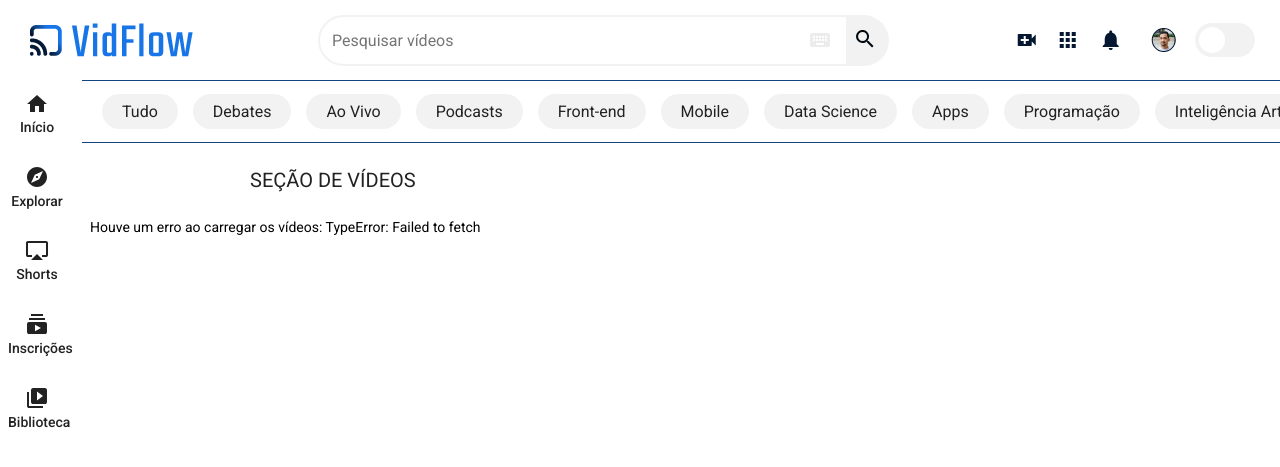
Repository: joaoPraiaJunior/curso-consumindo-api
Page: index.html
These files come from the project's save history. The page is drawn as it stood at one moment and after the next save; the edit follows.
The browser window is 1280 px wide. The pictures show the whole page.
The page's requests for data from a server got no answer.

Above is the page before, as saved 2024-08-16 21:47:25.

### index.html
<!DOCTYPE html>
<html lang="pt-br" dir="ltr">
<head>
    <meta charset="UTF-8">
    <meta name="viewport" content="width=device-width, initial-scale=1.0">
    <link href="https://fonts.googleapis.com/css2?family=Roboto:wght@400;500;700&display=swap" rel="stylesheet">
    <link rel="stylesheet" href="./css/reset.css">
    <link rel="stylesheet" href="./css/estilos.css">
    <link rel="stylesheet" href="./css/flexbox.css">
    <title>VidFlow</title>
    <link rel="shortcut icon" href="./img/Favicon.png" type="image/x-icon">
</head>
<body>
    <header>
        <nav class="cabecalho__container">
            <div class="logo__item">
                <a href="/"><img src="./img/modo_claro/vidflow-logo-light-mode.png" alt="Página do VidFlow"></a>
            </div>
            <div class="cabecalho__pesquisar__item">
                <form class="form__pesquisa">
                    <input type="search" name="pesquisar" class="pesquisar__input" placeholder="Pesquisar vídeos" data-js="barra-de-pesquisa">
                    <img src="./img/modo_claro/menu_superior/keyboard.svg" alt="Ícone de teclado" class="pesquisar__input-teclado">
                    <button class="pesquisar__btn">
                        <img src="./img/modo_claro/menu_superior/search.svg" alt="Ícone de lupa">
                    </button>
                </form>
            </div>
            <div class="secao-links-e-botao-switch">
                <ul aria-label="Links do cabeçalho" class="cabecalho__links">
                    <li><a href="#" class="cabecalho__videos" aria-label="Criar vídeos" title="Criar vídeos"></a></li>
                    <li><a href="#" class="cabecalho__apps" aria-label="Aplicativos"></a></li>
                    <li><a href="#" class="cabecalho__notificacoes" aria-label="Notificações"></a></li>
                    <li><a href="#" class="cabecalho__avatar" aria-label="Perfil de usuário"></a></li>
                </ul>

                <label class="cabecalho__switch">
                    <input type="checkbox" class="cabecalho__switch-input" data-js="modo-escuro" aria-label="Modo claro">
                    <span class="cabecalho__switch-slider"></span>
                </label>
            </div>
        </nav>
    </header>
    <!-- Menu lateral -->

    <div class="menu__container-wrapper">
        <aside class="menu__container">
            <section class="menu__secao" aria-label="Links principais">
                <ul class="menu__lista menu__links-principais">
                    <li>
                        <a class="menu__itens" href="#">
                            <i class="icone__inicio"></i>
                            <span>Início</span>
                        </a>
                    </li>

                    <li>
                        <a class="menu__itens" href="#">
                            <i class="icone__explorar"></i>
                            <span>Explorar</span>
                        </a>
                    </li>

                    <li>
                        <a class="menu__itens" href="#">
                            <i class="icone__shorts"></i>
                            <span>Shorts</span>
                        </a>
                    </li>

                    <li>
                        <a class="menu__itens" href="#">
                            <i class="icone__inscricoes"></i>
                            <span>Inscrições</span>
                        </a>
                    </li>

                    <li>
                        <a class="menu__itens" href="#">
                            <i class="icone__biblioteca"></i>
                            <span>Biblioteca</span>
                        </a>
                    </li>
                </ul>
            </section>

            <section class="menu__secao" aria-label="Links para vídeos guardados na conta">
                <ul class="menu__lista">
                    <li>
                        <a class="menu__itens" href="#">
                            <i class="icone__historico"></i>
                            <span>Histórico</span>
                        </a>
                    </li>

                    <li>
                        <a class="menu__itens" href="#">
                            <i class="icone__relogio"></i>
                            <span>Assistir mais tarde</span>
                        </a>
                    </li>

                    <li>
                        <a class="menu__itens" href="#">
                            <i class="icone__like"></i>
                            <span>Marcados com like</span>
                        </a>
                    </li>
                </ul>
            </section>

            <section class="menu__secao" aria-labelledby="inscricoes" data-js="secao-menu">
                <h2 id="inscricoes" class="menu__secao-titulo">Inscrições</h2>

                <ul id="menu__canais" class="menu__lista">
                    <li class="menu__canal">
                        <a class="menu__itens" href="#">
                            <i class="icone__alura"></i>
                            <span>Alura</span>
                        </a>
                    </li>

                    <li class="menu__canal">
                        <a class="menu__itens" href="#">
                            <i class="icone__gaveta"></i>
                            <span>Gaveta</span>
                        </a>
                    </li>

                    <li class="menu__canal">
                        <a class="menu__itens" href="#">
                            <i class="icone__ballerini"></i>
                            <span>Rafaella Ballerini</span>
                        </a>
                    </li>

                    <li class="menu__canal">
                        <a class="menu__itens" href="#">
                            <i class="icone__iamarino"></i>
                            <span>Atila Iamarino</span>
                        </a>
                    </li>

                    <li class="menu__canal">
                        <a class="menu__itens" href="#">
                            <i class="icone__souto"></i>
                            <span>Mario Souto</span>
                        </a>
                    </li>

                    <li class="menu__canal">
                        <a class="menu__itens" href="#">
                            <i class="icone__nerd"></i>
                            <span>Jovem Nerd</span>
                        </a>
                    </li>

                    <li class="menu__canal">
                        <a class="menu__itens" href="#">
                            <i class="icone__deschamps"></i>
                            <span>Felipe Deschamps</span>
                        </a>
                    </li>
                </ul>
            </section>

            <section class="menu__secao" aria-labelledby="mais-da-pagina" data-js="secao-menu">
                <h2 id="mais-da-pagina" class="menu__secao-titulo">
                    Mais da página
                </h2>

                <ul id="mais__paginas" class="menu__lista">
                    <li class="premium">
                        <a class="menu__itens" href="#">
                            <i class="icone__videos"></i>
                            <span>Vídeo Premium</span></a>
                    </li>

                    <li class="filmes">
                        <a class="menu__itens" href="#">
                            <i class="icone__filmes"></i>
                            <span>Filmes</span></a>
                    </li>

                    <li class="jogos">
                        <a class="menu__itens" href="#">
                            <i class="icone__jogos"></i>
                            <span>Jogos</span></a>
                    </li>

                </ul>
            </section>
        </aside>
    </div>
    <main>
        <div class="superior__secao__container">
            <button name="Tudo" class="botao-categoria selecionado" data-js="botao-categoria">
                Tudo
            </button>

            <button name="Debates" class="botao-categoria" data-js="botao-categoria">
                Debates
            </button>

            <button name="Ao Vivo" class="botao-categoria" data-js="botao-categoria">
                Ao Vivo
            </button>

            <button name="Podcasts" class="botao-categoria" data-js="botao-categoria">
                Podcasts
            </button>

            <button name="Front-end" class="botao-categoria" data-js="botao-categoria">
                Front-end
            </button>

            <button name="Mobile" class="botao-categoria" data-js="botao-categoria">
                Mobile
            </button>

            <button name="Data Science" class="botao-categoria" data-js="botao-categoria">
                Data Science
            </button>

            <button name="Apps" class="botao-categoria" data-js="botao-categoria">
                Apps
            </button>

            <button name="Programação" class="botao-categoria" data-js="botao-categoria">
                Programação
            </button>

            <button name="Inteligência Artificial" class="botao-categoria" data-js="botao-categoria">
                Inteligência Artificial
            </button>
            <button name="Inovação" class="botao-categoria" data-js="botao-categoria">
                Inovação
            </button>
        </div>
            <h1 class="videos__titulo"> Seção de vídeos </h1>
        <ul class="videos__container" data-js="container-videos">

        </ul>
    </main>
    <script type="module" src="js/script.js"></script>
</body>
</html>

### css/estilos.css
*,
*::before,
*::after {
  box-sizing: border-box;
  transition: background-color 0.2s linear;
}

:root {
  --azul-profundo: #01080e;
  --azul-escuro: #041832;
  --azul-medio: #144480;
  --azul-destaque-light: #0e71eb;
  --azul-destaque-dark: #1a76d8;
  --cinza-escuro: #222222;
  --cinza-medio: #c5c5c5;
  --cinza-claro: #f2f2f2;
  --branco: #ffffff;

  /* Variáveis semânticas */
  --bg-cor-principal: var(--branco);
  --bg-cor-secundaria: var(--cinza-claro);
  --fonte-cor-principal: var(--cinza-escuro);
}

:root.modo-escuro {
  --bg-cor-principal: var(--azul-profundo);
  --bg-cor-secundaria: var(--cinza-medio);
  --fonte-cor-principal: var(--cinza-medio);
}

body {
  font-family: Roboto, Arial, Helvetica, sans-serif;
  background-color: var(--bg-cor-principal);
  position: relative;
  width: 100%;
  height: 100vh;
  overflow: auto;
  font-size: 14px;
  color: var(--fonte-cor-principal);
  box-sizing: border-box;
  text-align: center;
}

::-webkit-scrollbar {
  width: 0;
  height: 0;
}

input[type="search"]::-webkit-search-decoration,
input[type="search"]::-webkit-search-cancel-button,
input[type="search"]::-webkit-search-results-button,
input[type="search"]::-webkit-search-results-decoration {
  display: none;
}

/* CABEÇALHO */

.cabecalho__container {
  background-color: var(--bg-cor-principal);
  height: 80px;
  width: 100%;
  padding: 0 25px;
}

.logo__item {
  padding: 15px 0px;
}

.pesquisar__input {
  position: relative;
  padding: 14px 12px;
  background-color: var(--bg-cor-principal);
  border: 2px solid var(--bg-cor-secundaria);
  border-radius: 32px 0px 0px 32px;
  font-size: 16px;
}

.pesquisar__input-teclado {
  position: absolute;
  right: 58px;
  top: 37%;
}

.pesquisar__btn {
  background-color: var(--bg-cor-secundaria);
  border: 0px;
  border-radius: 0px 32px 32px 0px;
  padding: 8px;
  padding-right: 15px;
  border-left: none;
  cursor: pointer;
}

.cabecalho__links {
  display: flex;
  align-items: center;
}

.cabecalho__videos {
  background-image: url("../img/modo_claro/menu_superior/video_call.svg");
  background-repeat: no-repeat;
  background-position: center;
  padding: 20px;
}

:root.modo-escuro .cabecalho__videos {
  background-image: url("../img/modo_escuro/menu_superior/video_call.svg");
}

.cabecalho__apps {
  background-image: url("../img/modo_claro/menu_superior/apps.svg");
  background-repeat: no-repeat;
  background-position: center;
  padding: 13px 30px 13px 13px;
}

:root.modo-escuro .cabecalho__apps {
  background-image: url("../img/modo_escuro/menu_superior/apps.svg");
}

.cabecalho__notificacoes {
  background-image: url("../img/modo_claro/menu_superior/notifications.svg");
  background-repeat: no-repeat;
  background-position: center;
  padding: 13px 30px 13px 13px;
}

:root.modo-escuro .cabecalho__notificacoes {
  background-image: url("../img/modo_escuro/menu_superior/notifications.svg");
}

.cabecalho__avatar {
  background-image: url("../img/modo_claro/menu_superior/Avatar.png");
  background-repeat: no-repeat;
  background-position: center;
  padding: 13px 30px 13px 33px;
}

:root.modo-escuro .cabecalho__avatar {
  background-image: url("../img/modo_escuro/menu_superior/Avatar.png");
}

.cabecalho__switch {
  position: relative;
  display: inline-block;
  padding: 13px 30px 13px 13px;
  width: 60px;
  height: 34px;
}

.cabecalho__switch-input {
  opacity: 0;
  width: 0;
  height: 0;
}

.cabecalho__switch-slider {
  position: absolute;
  cursor: pointer;
  top: 0;
  left: 0;
  right: 0;
  bottom: 0;
  background-color: var(--cinza-claro);
  transition: 0.4s;
  border-radius: 34px;
}

.cabecalho__switch-slider::before {
  position: absolute;
  content: "";
  height: 26px;
  width: 26px;
  left: 4px;
  bottom: 4px;
  background-color: var(--branco);
  transition: 0.4s;
  border-radius: 50%;
}

.cabecalho__switch-input:checked + .cabecalho__switch-slider {
  background-color: var(--azul-destaque-dark);
}

.cabecalho__switch-input:checked + .cabecalho__switch-slider::before {
  -webkit-transform: translateX(26px);
  -ms-transform: translateX(26px);
  transform: translateX(26px);
  background-color: var(--cinza-claro);
}

.cabecalho__switch-input:focus+.cabecalho__switch-slider {
  outline: auto 1px;
}

/* MENU LATERAL */

.menu__container {
  font-size: 14px;
  background-color: var(--bg-cor-principal);
}

.menu__container::-webkit-scrollbar {
  width: 16px;
  background: transparent;
}

.menu__container::-webkit-scrollbar-track {
  background: transparent;
}

.menu__container-wrapper:hover .menu__container::-webkit-scrollbar-thumb {
  background: var(--cinza-medio);
  border-radius: 8px;
  border: 4px solid transparent;
  background-clip: content-box;
}

.icone__inicio::before {
  content: url("../img/modo_claro/menu_lateral/home.svg");
}

:root.modo-escuro .icone__inicio::before {
  content: url("../img/modo_escuro/menu_lateral/home.svg");
}

.icone__explorar::before {
  content: url("../img/modo_claro/menu_lateral/explore.svg");
}

:root.modo-escuro .icone__explorar::before {
  content: url("../img/modo_escuro/menu_lateral/explore.svg");
}

.icone__shorts::before {
  content: url("../img/modo_claro/menu_lateral/airplay.svg");
}

:root.modo-escuro .icone__shorts::before {
  content: url("../img/modo_escuro/menu_lateral/airplay.svg");
}

.icone__inscricoes::before {
  content: url("../img/modo_claro/menu_lateral/subscriptions.svg");
}

:root.modo-escuro .icone__inscricoes::before {
  content: url("../img/modo_escuro/menu_lateral/subscriptions.svg");
}

.icone__biblioteca::before {
  content: url("../img/modo_claro/menu_lateral/video_library.svg");
}

:root.modo-escuro .icone__biblioteca::before {
  content: url("../img/modo_escuro/menu_lateral/video_library.svg");
}

.icone__historico::before {
  content: url("../img/modo_claro/menu_lateral/history.svg");
}

:root.modo-escuro .icone__historico::before {
  content: url("../img/modo_escuro/menu_lateral/history.svg");
}

.icone__relogio::before {
  content: url("../img/modo_claro/menu_lateral/history_toggle_off.svg");
}

:root.modo-escuro .icone__relogio::before {
  content: url("../img/modo_escuro/menu_lateral/history_toggle_off.svg");
}

.icone__like::before {
  content: url("../img/modo_claro/menu_lateral/thumb_up_alt.svg");
}

:root.modo-escuro .icone__like::before {
  content: url("../img/modo_escuro/menu_lateral/thumb_up_alt.svg");
}

.icone__alura::before {
  content: url("../img/modo_claro/menu_lateral/Avatar_Alura.png");
}

.icone__gaveta::before {
  content: url("../img/modo_claro/menu_lateral/Avatar_Gaveta.png");
}

.icone__ballerini::before {
  content: url("../img/modo_claro/menu_lateral/Avatar_Rafa.png");
}

.icone__iamarino::before {
  content: url("../img/modo_claro/menu_lateral/Avatar_Atila.png");
}

.icone__souto::before {
  content: url("../img/modo_claro/menu_lateral/Avatar_Souto.png");
}

.icone__nerd::before {
  content: url("../img/modo_claro/menu_lateral/Avatar_Jovem_Nerd.png");
}

.icone__deschamps::before {
  content: url("../img/modo_claro/menu_lateral/Avatar_Deschamps.png");
}

.icone__mostrar::before {
  content: url("../img/modo_claro/menu_lateral/keyboard_arrow_down.svg");
}

:root.modo-escuro .icone__mostrar::before {
  content: url("../img/modo_escuro/menu_lateral/keyboard_arrow_down.svg");
}

.icone__mostrar-rotacionado {
  transform: rotateX(0.5turn);
}

.icone__videos::before {
  content: url("../img/modo_claro/menu_lateral/ondemand_video.svg");
}

:root.modo-escuro .icone__videos::before {
  content: url("../img/modo_escuro/menu_lateral/ondemand_video.svg");
}

.icone__filmes::before {
  content: url("../img/modo_claro/menu_lateral/movie.svg");
}

:root.modo-escuro .icone__filmes::before {
  content: url("../img/modo_escuro/menu_lateral/movie.svg");
}

.icone__jogos::before {
  content: url("../img/modo_claro/menu_lateral/sports_esports.svg");
}

:root.modo-escuro .icone__jogos::before {
  content: url("../img/modo_escuro/menu_lateral/sports_esports.svg");
}

/* SECAO SUPERIOR */

.superior__secao__container {
  height: 63px;
  color: var(--branco);
  font-size: 16px;
  background-color: var(--bg-cor-principal);
  padding: 0 20px;
  position: fixed;
  top: 80px;
  right: 0;
  left: 0;
  overflow-x: scroll;
}

/* .superior__itens {
    position: relative;
} */

.botao-categoria {
  display: inline-block;
  font-size: 16px;
  color: var(--fonte-cor-principal);
  background-color: var(--cinza-claro);
  border-radius: 20px;
  padding: 8px 20px;
  cursor: pointer;
}

.botao-categoria:hover {
  background-color: var(--cinza-medio);
  color: var(--cinza-escuro);
  transition: 0.5s;
}

.botao-categoria[aria-selected="true"] {
  background: var(--azul-destaque-light);
  color: var(--branco);
}

:root.modo-escuro .botao-categoria {
  background-color: var(--azul-escuro);
  color: var(--cinza-medio);
}

:root.modo-escuro .botao-categoria:hover {
  background-color: var(--cinza-medio);
  color: var(--cinza-escuro);
}

:root.modo-escuro .botao-categoria[aria-selected="true"] {
  background-color: var(--azul-destaque-dark);
  color: var(--branco);
}

/* SEÇÃO VÍDEOS */

.videos__titulo {
  color: var(--fonte-cor-principal);
  font-size: 20px;
  position: relative;
  text-align: left;
  text-transform: uppercase;
  padding: 170px 0 0 250px;
}

.videos__container {
  color: black;
  padding: 30px 20px 10px 20px;
}

iframe {
  border-radius: 10px;
  width: 100%;
  height: 62%;
}

.descricao-video .link-img-canal {
  border-radius: 100%;
  width: 40px;
  height: 40px;
}

.descricao-video .titulo-video {
  font-weight: 700;
  font-size: 16px;
  color: var(--fonte-cor-principal);
}

.descricao-video .titulo-canal {
  font-size: 14px;
  color: var(--fonte-cor-principal);
}

.descricao-video .categoria {
  font-size: 14px;
  color: var(--fonte-cor-principal);
}

@media (min-width: 834px) {
  body {
    height: 100vh;
  }

  /* ESTILOS DO MENU LATERAL */

  .menu__container {
    font-size: 16px;
  }

  .menu__secao-titulo {
    display: block;
    padding: 24px 16px 0;
    text-align: start;
    font-weight: 500;
    text-transform: uppercase;
  }

  .menu__lista {
    padding: 16px 8px;
  }

  .menu__lista li {
    width: 100%;
  }

  .menu__lista .menu__itens {
    font-size: 14px;
  }

  .menu__links-principais .menu__itens {
    font-weight: 500;
  }

  .icone__mostrar {
    transition: transform .5s;
  }

  .menu__botao-expandir-canais[aria-expanded="true"] .icone__mostrar {
    transform: rotate(180deg);
  }

  /* ESTILOS DA SECAO SUPERIOR */

  .superior__secao__container {
    border-top: var(--azul-medio) 1px solid;
    border-bottom: var(--azul-medio) 1px solid;
    width: auto;
    left: 82px;
  }

  /*ESTILOS SEÇÃO VÍDEOS */

  .videos__container {
    padding-left: 90px;
    padding-right: 17px;
  }
}

@media (min-width: 1440px) {
  /* SEÇÃO SUPERIOR */

  .superior__secao__container {
    left: 247px;
  }

  /* ESTILOS DO MENU LATERAL */

  .menu__secao {
    border-bottom: 1.5px solid var(--azul-medio);
  }

  /* ESTILOS VIDEOS */

  .videos__container {
    padding-right: 10px;
    padding-left: 248px;
  }
}

### css/flexbox.css
/* CABEÇALHO */

.cabecalho__container {
  display: flex;
  justify-content: space-between;
  align-items: center;
  position: fixed;
  top: 0;
  z-index: 1;
}

.cabecalho__pesquisar__item {
  display: none;
}

.form__pesquisa {
  position: relative;
  flex: 1;
  display: flex;
  justify-content: center;
}

.secao-links-e-botao-switch {
  display: flex;
}

/* MENU */

.menu__container {
  position: fixed;
  bottom: 0%;
  height: 74px;
  width: 100%;
}

.menu__secao {
  height: 100%;
}

.menu__secao:nth-child(2),
.menu__secao:nth-child(3),
.menu__secao:nth-child(4) {
  display: none;
}

.menu__lista {
  display: flex;
  justify-content: space-around;
  height: 100%;
}

.menu__lista li {
  align-self: center;
}

.menu__itens {
  display: flex;
  flex-direction: column;
  gap: 5px;
}

/* SEÇÃO SUPERIOR */

.superior__secao__container {
  display: flex;
  align-items: center;
  white-space: nowrap;
  gap: 15px;
}


/* VIDEO */

.videos__container {
  display: flex;
  flex-wrap: wrap;
  gap: 10px;
}

.videos__item {
  display: block;
  height: 303px;
  width: 280px;
  flex-grow: 1;
}

.videos__item.escondido {
  display: none;
}

.descricao-video {
  margin-top: 1rem;
  display: grid;
  text-align: start;
  column-gap: 1rem;
  row-gap: 10px;
  grid-template-columns: auto 1fr;
}

.descricao-video .link-img-canal {
  grid-area: 1 / 1 / 3 / 2;
}

.descricao-video .img-canal {
  grid-area: 1 / 1 / 3 / 2;
}

.descricao-video .categoria {
    grid-area: 3 / 2 / 4 / 3;
}

@media (min-width: 834px) {
  /* MENU LATERAL*/

  .menu__container {
    left: 0;
    height: auto;
    width: 74px;
    top: 80px;
  }

  .menu__lista {
    flex-direction: column;
    justify-content: flex-start;
    padding-top: 15px;
    gap: 33px;
  }
}

@media (min-width: 1156px) {
  /* CABEÇALHO */

  .cabecalho__pesquisar__item {
    display: block;
  }

  .pesquisar__input {
    width: 530px;
  }
}

@media (min-width: 1440px) {
  /* MENU */

  .menu__container {
    width: 239px;
    overflow: scroll;
  }

  .menu__secao {
    height: auto;
  }

  .menu__secao:nth-child(2),
  .menu__secao:nth-child(3),
  .menu__secao:nth-child(4) {
    display: block;
  }

  .menu__lista {
    height: auto;
    padding: 20px 17px 20px 15px;
    gap: 15px;
  }

  .menu__itens {
    flex-direction: row;
    gap: 15px;
    align-items: center;
  }

  .menu__lista li.escondido {
    display: none;
  }

  .menu__botao-expandir-canais {
    padding: 0 16px 24px;
    cursor: pointer;
  }
}

### js/script.js
import expandirMenu from "./expandirMenu.js";
import filtrarVideos from "./filtrarVideos.js";
import filtrarVideosPorBotoes from "./filtrarVideosPorBotoes.js";
import temaEscuro from "./temaEscuro.js";
import videos from "./videos.js";


videos();
filtrarVideos();
filtrarVideosPorBotoes();
temaEscuro();
expandirMenu();

### js/filtrarVideos.js
function filtrarVideos() {

    const elementos = {
        barraDePesquisa: '[data-js="barra-de-pesquisa"]',
        videos: '[data-js="videos"]',
        tituloDoVideo: '[data-js="titulo-video"]'
    }

    const barraDePesquisa = document.querySelector(elementos.barraDePesquisa);


    function filtrarPesquisa() {
        const videos = document.querySelectorAll(elementos.videos);
        const valorDoFiltro = barraDePesquisa.value.toLowerCase();
        videos.forEach((video) => {
            const titulo = video.querySelector(elementos.tituloDoVideo).textContent.toLowerCase();
            video.style.display = valorDoFiltro ? titulo.includes(valorDoFiltro) ? "block" : "none" : "block";
        });
    }

    barraDePesquisa.addEventListener('input', filtrarPesquisa);

}

export default filtrarVideos;

### js/filtrarVideosPorBotoes.js
function filtrarVideosPorBotoes() {

    const elementos = {
        botaoCategoria: '[data-js="botao-categoria"]',
        videos: '[data-js="videos"]',
        categoria: '[data-js="categoria"]',
    }

    const botaoCategoria = document.querySelectorAll(elementos.botaoCategoria);

    botaoCategoria.forEach(botao => {
        let nomeDaCategoria = botao.getAttribute('name');
        botao.addEventListener('click', () => {
            filtrarPorCategoria(nomeDaCategoria);
            alteraOFocoDoBotao(botao);
        });
    });

    function alteraOFocoDoBotao(botao) {
        const botaoSetado = document.getElementsByClassName('selecionado');
        botaoSetado[0].classList.remove('selecionado');
        botao.classList.add('selecionado');
    }

    function filtrarPorCategoria(nomeDaCategoria) {
        const videos = document.querySelectorAll(elementos.videos);
        const valorDoFiltro = nomeDaCategoria.toLowerCase();
        videos.forEach((video) => {
            const categoria = video.querySelector(elementos.categoria).textContent.toLowerCase()
            video.style.display = valorDoFiltro !== "tudo" ? categoria.includes(valorDoFiltro) ? "block" : "none" : "block";
        });
    }
}

export default filtrarVideosPorBotoes;

Loaded but not shown: css/reset.css (common file); js/expandirMenu.js (69 lines, source omitted); js/videos.js (70 lines, source omitted); js/temaEscuro.js (40 lines, source omitted)

After the next save:
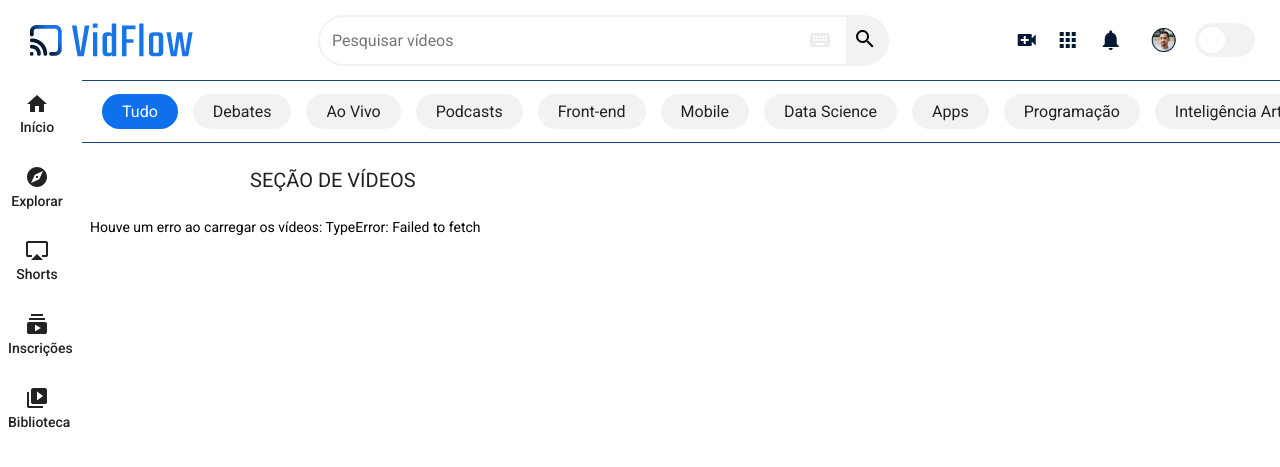
Saved 89 s later.
--- a/css/estilos.css
+++ b/css/estilos.css
@@ -357,6 +357,7 @@ input[type="search"]::-webkit-search-results-decoration {
   right: 0;
   left: 0;
   overflow-x: scroll;
+  z-index: 1;
 }
 
 /* .superior__itens {
@@ -379,7 +380,7 @@ input[type="search"]::-webkit-search-results-decoration {
   transition: 0.5s;
 }
 
-.botao-categoria[aria-selected="true"] {
+.botao-categoria.selecionado {
   background: var(--azul-destaque-light);
   color: var(--branco);
 }
@@ -394,7 +395,7 @@ input[type="search"]::-webkit-search-results-decoration {
   color: var(--cinza-escuro);
 }
 
-:root.modo-escuro .botao-categoria[aria-selected="true"] {
+:root.modo-escuro .botao-categoria.selecionado {
   background-color: var(--azul-destaque-dark);
   color: var(--branco);
 }
